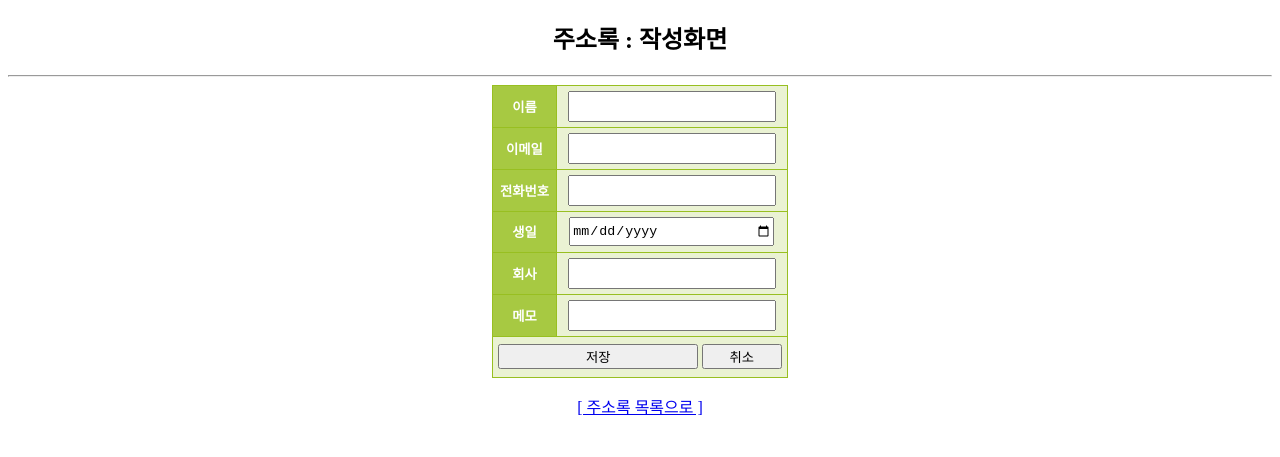
Repository: BeigeBear/TEST
Page: http://localhost/Addrbook/WebContents/addrbook_form.jsp
An editor plug-in stored every save of this project. The page is shown before and after the next save, followed by the edit.
The browser window is 1280 px wide. The pictures show the whole page.
The page is served by Tomcat 9. Nobody is signed in. The application's start-up code is not run.

Above is the page before, as saved 2022-12-06 03:04:43.

After the next save:
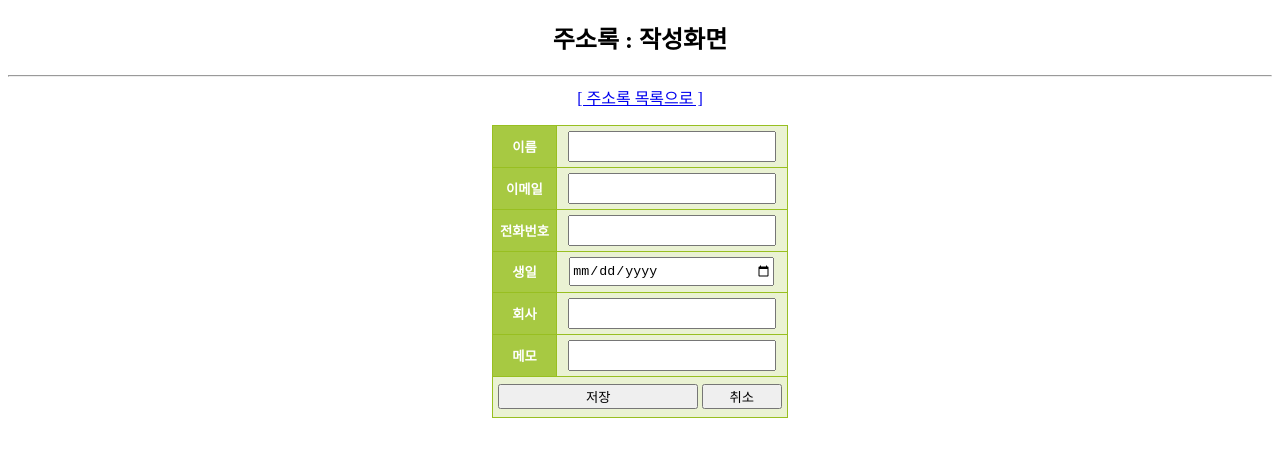
Saved 19 s later.
--- a/Addrbook/WebContents/addrbook_form.jsp
+++ b/Addrbook/WebContents/addrbook_form.jsp
@@ -15,6 +15,7 @@
 <div align="center">
 	<h2>주소록 : 작성화면</h2>
 	<hr>
+	<a href=index.jsp>[ 주소록 목록으로 ]</a><p>
 	<form name = form1 method=post action=addrbook_control.jsp>
 	<input type="hidden" name="action" value="insert">
 	<table border="1">
@@ -56,7 +57,6 @@
 		</tr>
 	</table>
 	</form>
-	<p><a href=index.jsp>[ 주소록 목록으로 ]</a>
 </div>
 
 </body>
